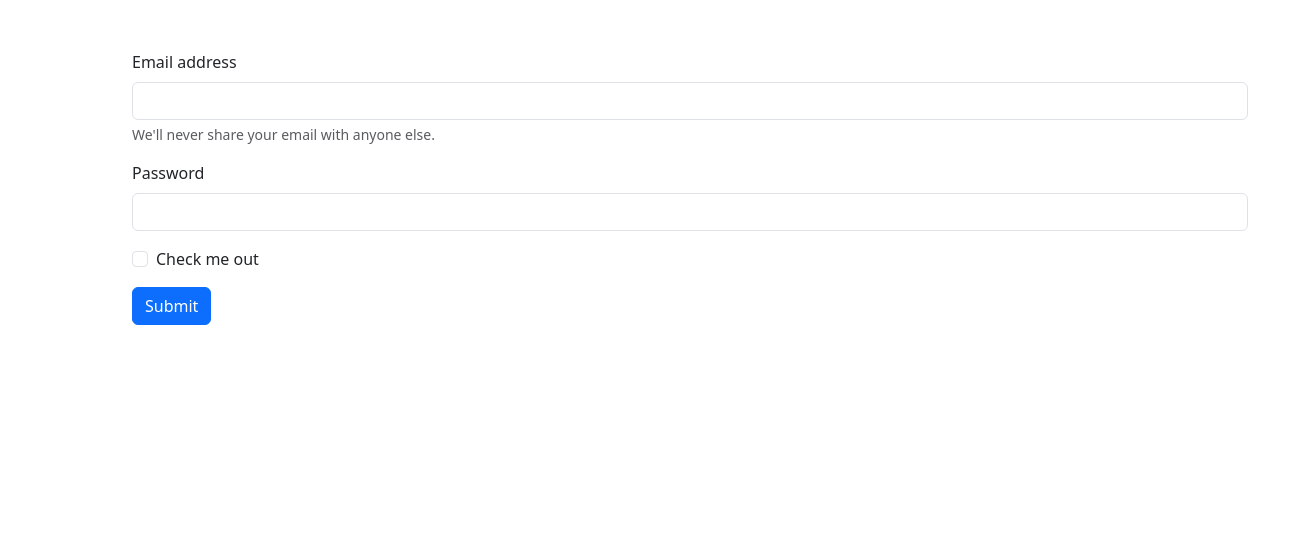
Repository: lemoueno/programme_dev_fullstack
Page: bootstrap/form/form.html
The author's editor kept a copy of each file at every save. The page is drawn from the files as they stood at one save, then again after the next save.
The browser window is 1280 px wide. The page is 1280 px wide, then 1310 px, so the pictures cover 1310 px, including what lies to the right of the window. The pictures show the whole page.

Above is the page before, as saved 2023-12-03 16:59:45.

### bootstrap/form/form.html
<html lang="en">
<head>
    <meta charset="UTF-8">
    <meta name="viewport" content="width=device-width, initial-scale=1.0">
    <link href="https://cdn.jsdelivr.net/npm/bootstrap@5.3.2/dist/css/bootstrap.min.css" rel="stylesheet" integrity="sha384-T3c6CoIi6uLrA9TneNEoa7RxnatzjcDSCmG1MXxSR1GAsXEV/Dwwykc2MPK8M2HN" crossorigin="anonymous">
    <script src="https://cdn.jsdelivr.net/npm/bootstrap@5.3.2/dist/js/bootstrap.bundle.min.js" integrity="sha384-C6RzsynM9kWDrMNeT87bh95OGNyZPhcTNXj1NW7RuBCsyN/o0jlpcV8Qyq46cDfL" crossorigin="anonymous"></script>
    <title>Document</title>
</head>
<body>
    <div class="container">
        <div class="row">
            <form style="margin:50px;">
                <div class="mb-3">
                  <label for="exampleInputEmail1" class="form-label">Email address</label>
                  <input type="email" class="form-control" id="exampleInputEmail1" aria-describedby="emailHelp">
                  <div id="emailHelp" class="form-text">We'll never share your email with anyone else.</div>
                </div>
                <div class="mb-3">
                  <label for="exampleInputPassword1" class="form-label">Password</label>
                  <input type="password" class="form-control" id="exampleInputPassword1">
                </div>
                <div class="mb-3 form-check">
                  <input type="checkbox" class="form-check-input" id="exampleCheck1">
                  <label class="form-check-label" for="exampleCheck1">Check me out</label>
                </div>
                <button type="submit" class="btn btn-primary">Submit</button>
              </form>
        </div>
    </div>
</body>
</html>

After the next save:
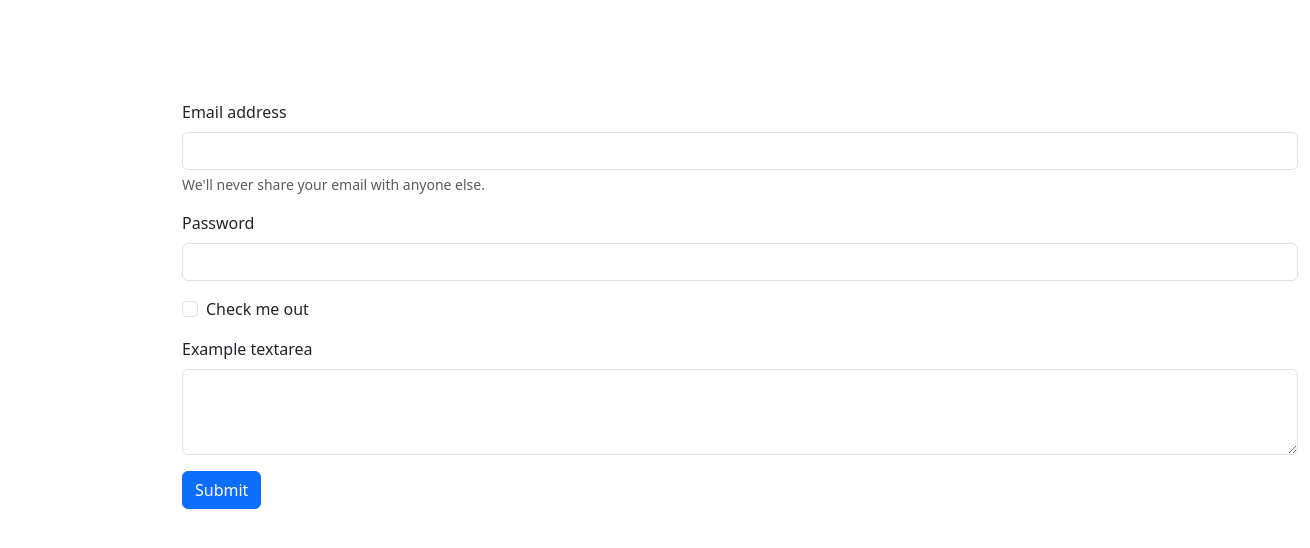
Saved 8 min 19 s later.
--- a/bootstrap/form/form.html
+++ b/bootstrap/form/form.html
@@ -9,7 +9,7 @@
 <body>
     <div class="container">
         <div class="row">
-            <form style="margin:50px;">
+            <form style="margin:100px;">
                 <div class="mb-3">
                   <label for="exampleInputEmail1" class="form-label">Email address</label>
                   <input type="email" class="form-control" id="exampleInputEmail1" aria-describedby="emailHelp">
@@ -23,6 +23,10 @@
                   <input type="checkbox" class="form-check-input" id="exampleCheck1">
                   <label class="form-check-label" for="exampleCheck1">Check me out</label>
                 </div>
+                <div class="mb-3">
+                    <label for="exampleFormControlTextarea1" class="form-label">Example textarea</label>
+                    <textarea class="form-control" id="exampleFormControlTextarea1" rows="3"></textarea>
+                  </div>
                 <button type="submit" class="btn btn-primary">Submit</button>
               </form>
         </div>
